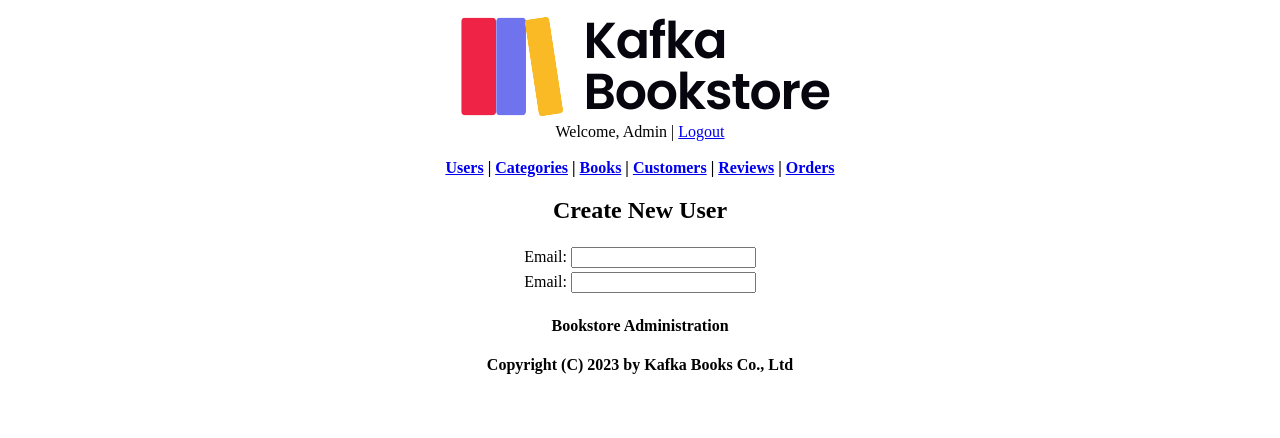
Repository: janvi2502/BookStore
Page: http://localhost/BookStoreWebsite/admin/user_form.jsp
The author's editor kept a copy of each file at every save. The page is drawn from the files as they stood at one save, then again after the next save.
The browser window is 1280 px wide. The pictures show the whole page.
The page is served by Tomcat 10. Other server files are loaded and not shown.

Above is the page before, as saved 2023-10-25 13:50:46.

### BookStoreWebsite/WebContent/admin/user_form.jsp
<%@ page language="java" contentType="text/html; charset=UTF-8"
	pageEncoding="UTF-8"%>
<!DOCTYPE html>
<html>
<head>
<meta charset="UTF-8">
<title>Create New User</title>
</head>
<body>
	<jsp:directive.include file="header.jsp" />
	<div align="center">
		<h2>Create New User</h2>
	</div>

	<div align="center">
	<form action="create_user" method = "post">
		<table>
			<tr>
				<td>Email:</td>
				<td><input type="text" name="email" size="20" /></td>
			</tr>
			<tr>
				<td>Email:</td>
				<td><input type="text" name="email" size="20" /></td>
			</tr>
		</table>
		</form>
	</div>

	<jsp:directive.include file="footer.jsp" />
</body>
</html>

### BookStoreWebsite/WebContent/admin/header.jsp
<div align="center">
	<div>
		<img src="../images/Kafka2.png" />
	</div>

	<div>
		Welcome, Admin | <a href="logout">Logout</a>
		<br/><br/>
	</div>
	<div>
		<b> <a href="list_users">Users</a> | <a href="categories">Categories</a>
			| <a href="books">Books</a> | <a href="customer">Customers</a> | <a
			href="reviews">Reviews</a> | <a href="orders">Orders</a>
		</b>
	</div>
</div>

### BookStoreWebsite/WebContent/admin/footer.jsp
<div align="center">
	<h4>Bookstore Administration</h4>
	<h4>Copyright (C) 2023 by Kafka Books Co., Ltd</h4>
</div>

After the next save:
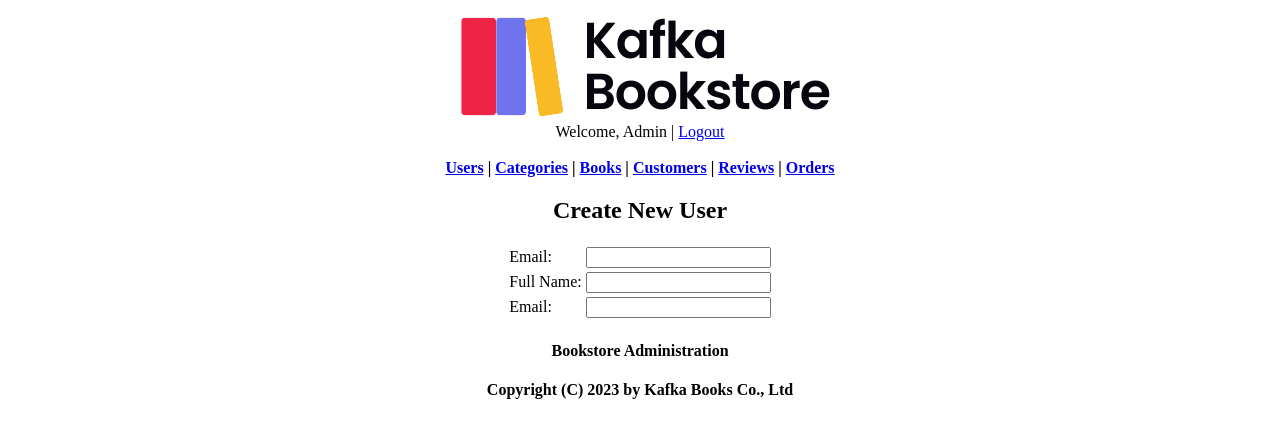
Saved 31 s later.
--- a/BookStoreWebsite/WebContent/admin/user_form.jsp
+++ b/BookStoreWebsite/WebContent/admin/user_form.jsp
@@ -13,17 +13,21 @@
 	</div>
 
 	<div align="center">
-	<form action="create_user" method = "post">
-		<table>
-			<tr>
+		<form action="create_user" method="post">
+			<table>
+				<tr>
+					<td>Email:</td>
+					<td><input type="text" name="email" size="20" /></td>
+				</tr>
+				<tr>
+					<td>Full Name:</td>
+					<td><input type="text" name="fullname" size="20" /></td>
+				</tr><tr>
 				<td>Email:</td>
 				<td><input type="text" name="email" size="20" /></td>
 			</tr>
-			<tr>
-				<td>Email:</td>
-				<td><input type="text" name="email" size="20" /></td>
-			</tr>
-		</table>
+
+			</table>
 		</form>
 	</div>
 
